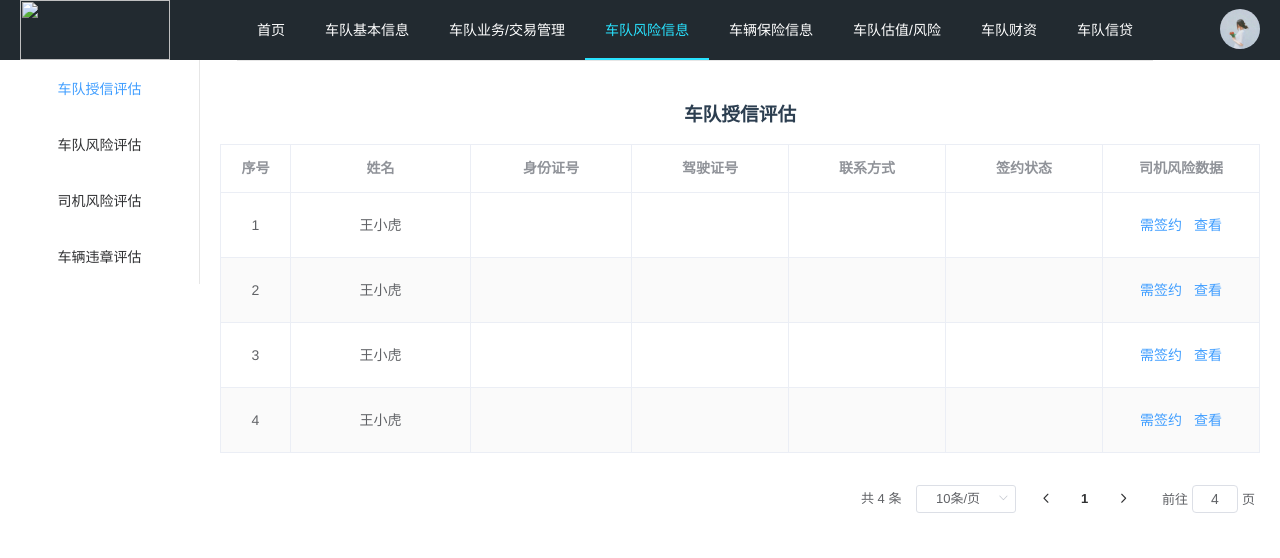
Repository: TheWomanLiketheWind/woodpecker
Page: /
An editor plug-in stored every save of this project. The page is shown before and after a run of saves, followed by the edit.
The browser window is 1280 px wide. The pictures show the whole page.
The project was rebuilt for these pictures with package versions that can differ from the ones it lists, and the page was loaded fresh each time. Also part of the build but not shown: src/views/menuThird.vue.

Above is the page before, as saved 2019-07-25 21:04:25.

### public/index.html
<!DOCTYPE html>
<html lang="en">
  <head>
    <meta charset="utf-8">
    <meta http-equiv="X-UA-Compatible" content="IE=edge">
    <meta name="viewport" content="width=device-width,initial-scale=1.0">
    <link rel="icon" href="<%= BASE_URL %>favicon.ico">
    <title>woodpecker</title>
  </head>
  <body>
    <noscript>
      <strong>We're sorry but woodpecker doesn't work properly without JavaScript enabled. Please enable it to continue.</strong>
    </noscript>
    <div id="app"></div>
    <!-- built files will be auto injected -->
  </body>
</html>

### src/App.vue
<template>
  <div id="app">
    <router-view />
  </div>
</template>

<style lang="scss">
#app {
  font-family: "Avenir", Helvetica, Arial, sans-serif;
  -webkit-font-smoothing: antialiased;
  -moz-osx-font-smoothing: grayscale;
  text-align: center;
  color: #2c3e50;
  .el-header {
    display: flex;
    justify-content: space-between;
    align-items: center;
  }
}
#nav {
  padding: 30px;
  a {
    font-weight: bold;
    color: #2c3e50;
    &.router-link-exact-active {
      color: #42b983;
    }
  }
}
body {
  margin: 0;
}
</style>

### src/router.ts
import Vue from 'vue'
import Router from 'vue-router'
import Home from './views/Home.vue'
Vue.use(Router)

export default new Router({
  mode: 'history',
  base: process.env.BASE_URL,
  routes: [
    {
      path: '/',
      name: 'home',
      component: Home,
      children: [
        {
          path: '/',
          name: 'menuSecond',
          children: [
            {
              path: '/',
              name: 'menuThird',
              component: () =>
                import(/* webpackChunkName: "about" */ './views/menuThird.vue')
            }
          ],
          component: () =>
            import(/* webpackChunkName: "about" */ './views/menuSecond.vue')
        }
      ]
    }
  ]
})

### src/views/Home.vue
<template>
  <el-container>
    <el-header class="headerAll">
      <img src=""
           class="headImage">
      <el-menu :default-active="activeIndex"
               class="el-menu-demo"
               mode="horizontal"
               background-color="#222a30"
               text-color="#fff"
               active-text-color="#29e2fe"
               @select="handleSelect">
        <el-menu-item v-for="(item, index) in menuList"
                      :key="index"
                      :index="item.index"
                      v-on:listenToChildEvent="menuClick">{{item.name}}</el-menu-item>
      </el-menu>

      <el-dropdown>
        <img src="../assets/headImage.jpg"
             class="drophead" />
        <el-dropdown-menu slot="dropdown">
          <el-dropdown-item>个人信息</el-dropdown-item>
          <el-dropdown-item>退出</el-dropdown-item>
        </el-dropdown-menu>
      </el-dropdown>
    </el-header>
    <!-- <router-link to="/menuSecond">点击跳转</router-link> -->
    <router-view />
  </el-container>
</template>

<script lang="ts">
import { Component, Vue } from "vue-property-decorator";

@Component({
  components: {}
})
export default class Home extends Vue {
  data() {
    return {
      activeIndex: "4",
      menuList: [
        {
          name: "首页",
          index: "1",
          link: ""
        },
        {
          name: "车队基本信息",
          index: "2",
          link: ""
        },
        {
          name: "车队业务/交易管理",
          index: "3",
          link: ""
        },
        {
          name: "车队风险信息",
          index: "4",
          link: ""
        },
        {
          name: "车辆保险信息",
          index: "5",
          link: ""
        },
        {
          name: "车队估值/风险",
          index: "6",
          link: ""
        },
        {
          name: "车队财资",
          index: "7",
          link: ""
        },
        {
          name: "车队信贷",
          index: "8",
          link: ""
        }
      ]
    };
  }

  private handleSelect(key: any, keyPath: any) {
    console.log(key, keyPath);
  }

  menuClick(data: any) {
    this.$router.push(data);
  }
}
</script>

<style lang="scss">
.headerAll {
  background: #222a30;
  .headImage {
    width: 150px;
    height: 100%;
    border: 0;
  }
  .drophead {
    width: 40px;
    height: 40px;
    border-radius: 50%;
  }
}
</style>

### src/views/menuSecond.vue
<template>
  <el-container>

    <el-aside width="200px">
      <el-menu :default-active="defaultActive"
               class="el-menu-vertical-demo"
               @select="handleSelect">
        <el-menu-item v-for="(item, index) in filesList.navigeList"
                      :key="index"
                      :index="item.index">
          <span slot="title">{{item.name}}</span>
        </el-menu-item>
      </el-menu>
    </el-aside>
    <el-main>
      <h3>{{filesList.navigeList[this.selectIndex].name}}</h3>
      <el-table :data="tableData"
                border
                stripe
                style="width: 100%">
        <el-table-column type="index"
                         label="序号"
                         width="70"
                         align="center">
        </el-table-column>
        <el-table-column prop="name"
                         label="姓名"
                         width="180"
                         align="center" />
        <el-table-column prop="ID"
                         label="身份证号"
                         align="center" />
        <el-table-column prop="driveID"
                         label="驾驶证号"
                         align="center" />
        <el-table-column prop="tel"
                         label="联系方式"
                         align="center" />
        <el-table-column prop="signType"
                         label="签约状态"
                         align="center" />
        <el-table-column label="司机风险数据"
                         align="center">
          <template>
            <el-button type="text">需签约</el-button>
            <el-button type="text">查看</el-button>
          </template>
        </el-table-column>
      </el-table>
      <el-pagination @size-change="handleSizeChange"
                     @current-change="handleCurrentChange"
                     :current-page="currentPage4"
                     :page-sizes="[10, 20, 50, 100]"
                     :page-size="10"
                     layout="total, sizes, prev, pager, next, jumper"
                     :total="tableData.length">
      </el-pagination>
    </el-main>
  </el-container>

</template>

<script lang="ts">
import Vue from "vue";
import files from "../jsonFile";

export default Vue.extend({
  data() {
    return {
      filesList: files,
      selectIndex: 0,
      defaultActive: "1",
      currentPage4: 4,
      tableData: [
        {
          date: "1",
          name: "王小虎",
          address: "上海市普陀区金沙江路 1518 弄"
        },
        {
          date: "2016-05-04",
          name: "王小虎",
          address: "上海市普陀区金沙江路 1517 弄"
        },
        {
          date: "2016-05-01",
          name: "王小虎",
          address: "上海市普陀区金沙江路 1519 弄"
        },
        {
          date: "2016-05-03",
          name: "王小虎",
          address: "上海市普陀区金沙江路 1516 弄"
        }
      ]
    };
  },
  methods: {
    handleSelect(key: String) {
      this.selectIndex = Number(key) - 1;
    },
    handleSizeChange(val: Number) {
      console.log(`每页 ${val} 条`);
    },
    handleCurrentChange(val: Number) {
      console.log(`当前页: ${val}`);
    }
  }
});
</script>


<style lang="scss">
.el-pagination {
  margin-top: 30px;
  float: right;
}
</style>

### src/jsonFile.ts
const fileObject = {
  navigeList: [
    {
      name: '车队授信评估',
      index: '1'
    },
    {
      name: '车队风险评估',
      index: '2'
    },
    {
      name: '司机风险评估',
      index: '3'
    },
    {
      name: '车辆违章评估',
      index: '4'
    }
  ]
}

export default fileObject

Loaded but not shown: src/main.ts (common file); src/store.ts (common file)

After the next 2 saves:
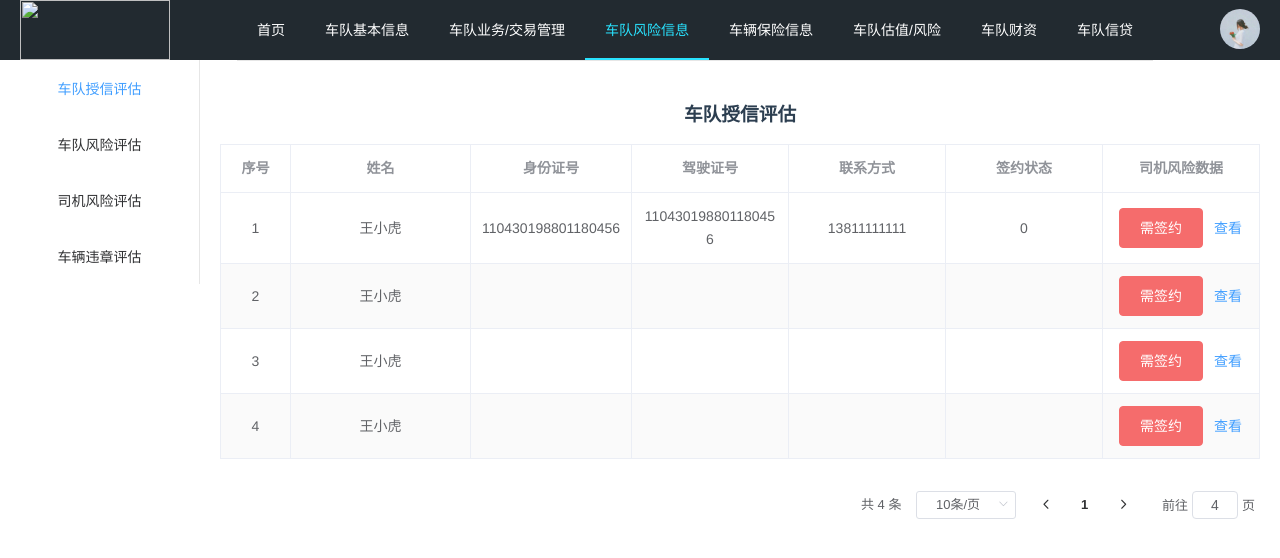
The 2 saves are shown as one change because 1 did not build or start.
The last was saved 4 min 19 s later.
--- a/src/views/menuSecond.vue
+++ b/src/views/menuSecond.vue
@@ -27,10 +27,10 @@
                          label="姓名"
                          width="180"
                          align="center" />
-        <el-table-column prop="ID"
+        <el-table-column prop="cardId"
                          label="身份证号"
                          align="center" />
-        <el-table-column prop="driveID"
+        <el-table-column prop="driveId"
                          label="驾驶证号"
                          align="center" />
         <el-table-column prop="tel"
@@ -42,7 +42,7 @@
         <el-table-column label="司机风险数据"
                          align="center">
           <template>
-            <el-button type="text">需签约</el-button>
+            <el-button type="danger">需签约</el-button>
             <el-button type="text">查看</el-button>
           </template>
         </el-table-column>
@@ -73,9 +73,11 @@ export default Vue.extend({
       currentPage4: 4,
       tableData: [
         {
-          date: "1",
           name: "王小虎",
-          address: "上海市普陀区金沙江路 1518 弄"
+          cardId: "110430198801180456",
+          driveId: "110430198801180456",
+          tel: "13811111111",
+          signType: 0
         },
         {
           date: "2016-05-04",
